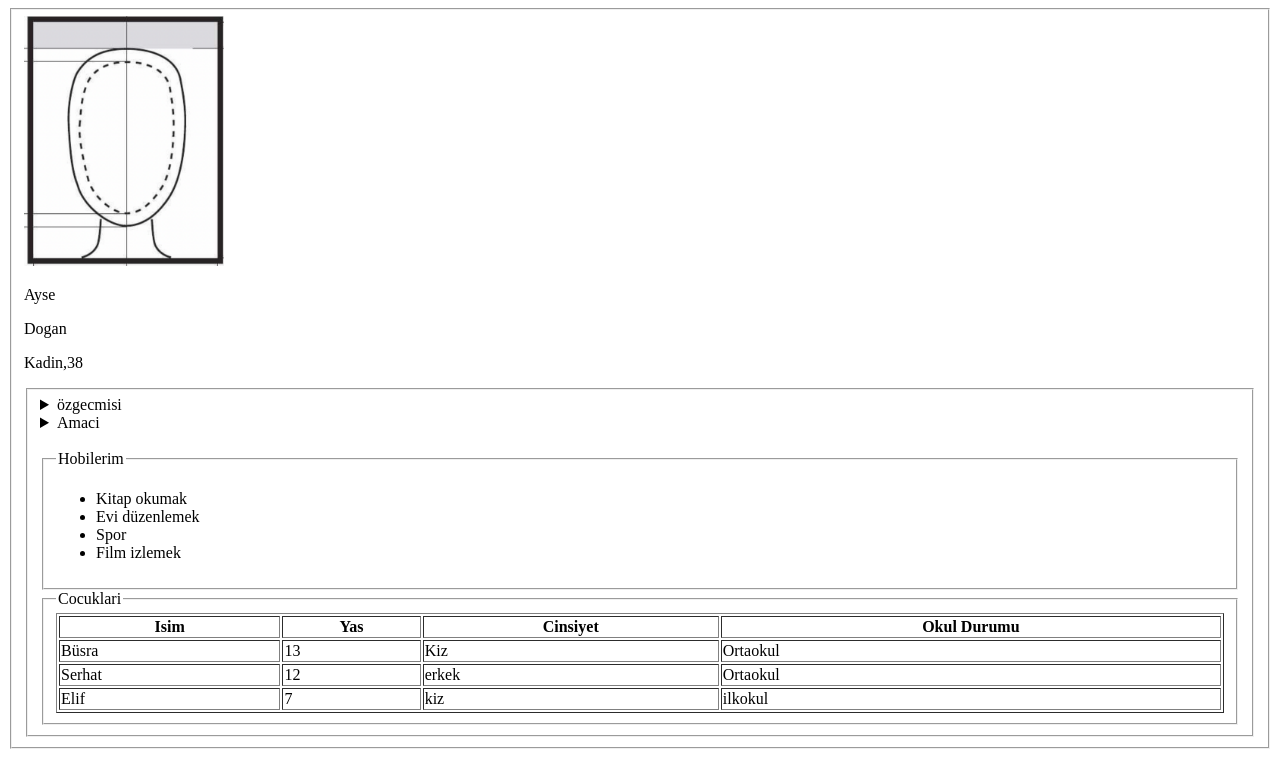
Repository: aysedo/html
Page: Week_2/profile/index.html
These files come from the project's save history. The page is drawn as it stood at one moment and after the next save; the edit follows.
The browser window is 1280 px wide. The pictures show the whole page.

Above is the page before, as saved 2021-08-25 23:51:57.

### Week_2/profile/index.html
<!DOCTYPE html>
<html lang="en">
  <head>
    <meta charset="UTF-8" />
    <meta http-equiv="X-UA-Compatible" content="IE=edge" />
    <meta name="viewport" content="width=device-width, initial-scale=1.0" />
    <title>Profil ödevi</title>
  </head>
  </body>
  <fieldset>
    <img src="./ornek.png" width="200" alt="bos cerceve">
          <p> Ayse </p>
          <p> Dogan </p>
          <p> Kadin,38 </p>
          <fieldset/>
          <details>
            <summary>özgecmisi</summary>
            <pre>
                  1996-1999  Oberstufe
                  1999-2001  Coiffeurfachschule
                  2001-2010  Sonova Ag
                  2011-2012  Belimo
                  2012       Coop Megastore Volkiland
                  2021       Coop to go oerlikon
            </pre>
          </details>
            <details>
            <summary> Amaci </summary>
            <pre>
              Bu kurs ile cok iyi bir programci olup, bir is bulmayi amacliyorum.<br/>
               IT alaninda programcilara cok ihtiyac olundugunu biliyorum hedefim kursu basariyla bitirmek.
            </pre>
            </details>
            <br/>
              <fieldset>
                <legend>Hobilerim</legend>
                <ul>
                  <li>Kitap okumak</li>
                  <li>Evi düzenlemek</li>
                  <li>Spor</li>
                  <li>Film izlemek</li>
                </ul>
              </fieldset>
              <fieldset>
                <legend> Cocuklari</legend>
                <table border="1" width="100%">
                  <tr>
                  <th> Isim </th>
                  <th> Yas </th>
                  <th> Cinsiyet</th>
                  <th>Okul Durumu</th>
                  </tr>
                  <tr>
                    <td>Büsra</td>
                    <td>13</td>
                    <td>Kiz</td>
                    <td>Ortaokul</td>
                  </tr>
                  <tr>
                    <td> Serhat </td>
                    <td> 12 </td>
                    <td> erkek </td>
                    <td> Ortaokul</td>
                  </tr>
                  <tr>
                    <td> Elif </td>
                    <td> 7 </td>
                    <td> kiz </td>
                    <td> ilkokul </td>
                  </tr>
                </table>
              </fieldset>
 </body>
</html>

After the next save:
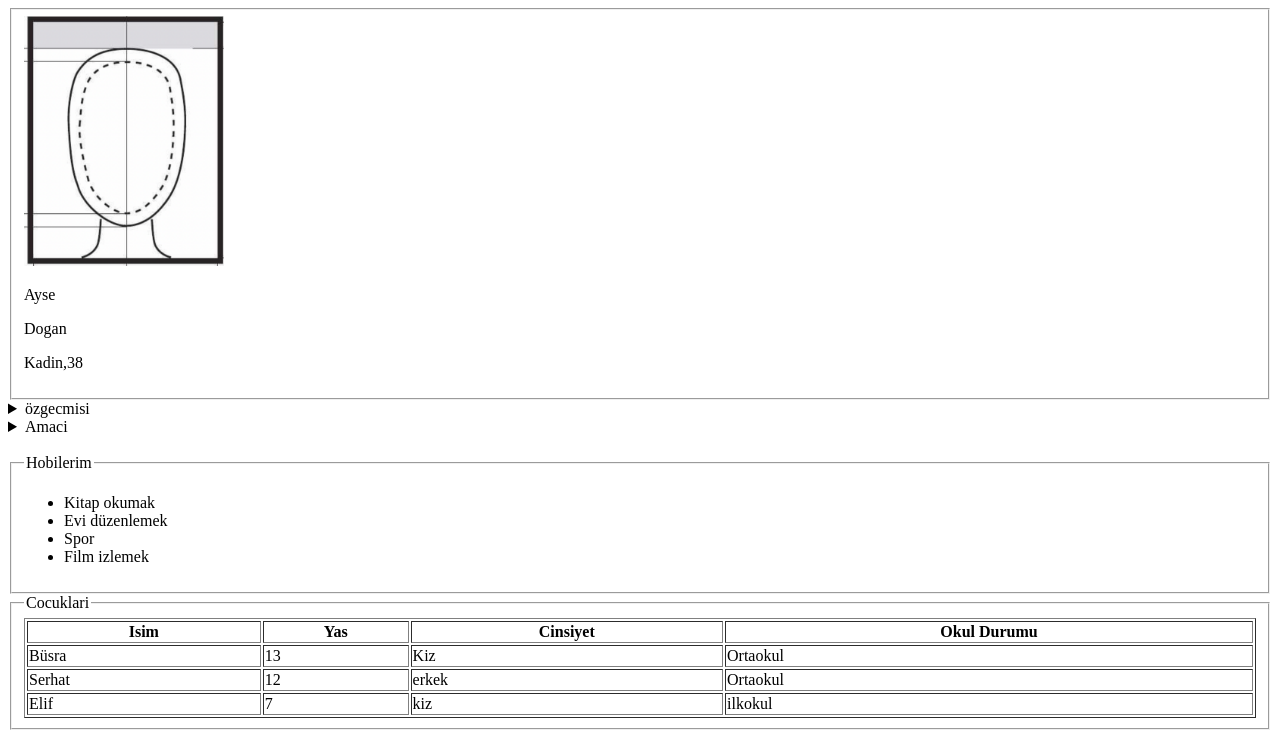
Saved 4 min 50 s later.
--- a/Week_2/profile/index.html
+++ b/Week_2/profile/index.html
@@ -12,7 +12,7 @@
           <p> Ayse </p>
           <p> Dogan </p>
           <p> Kadin,38 </p>
-          <fieldset/>
+  </fieldset>
           <details>
             <summary>özgecmisi</summary>
             <pre>
